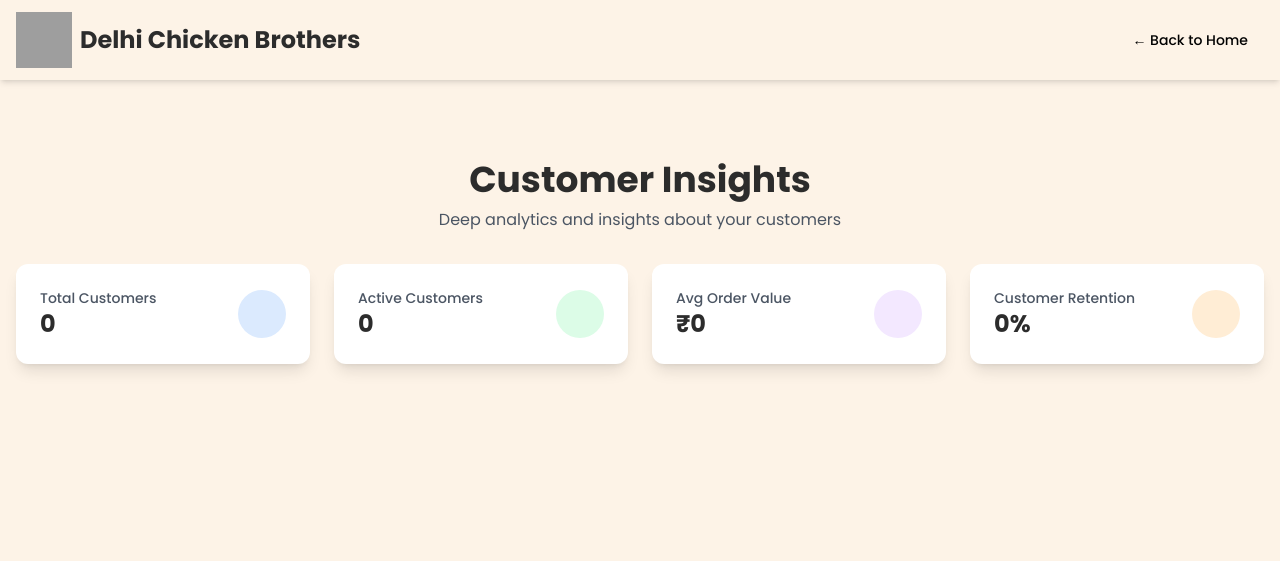
Repository: roydigital/dcb_pos_final
Page: customers.html
These files come from the project's save history. The page is drawn as it stood at one moment and after a run of saves; the edit follows.
The browser window is 1280 px wide. The pictures show the whole page.
Pictures or frames that could not be fetched are drawn as grey boxes. Some web libraries are served in a nearby version.

Above is the page before, as saved 2025-10-13 16:49:42.

### customers.html
<!DOCTYPE html>
<html lang="en">
<head>
    <meta charset="UTF-8">
    <meta name="viewport" content="width=device-width, initial-scale=1.0">
    <title>Customer Insights - Delhi Chicken Brothers</title>
    <script src="https://cdn.tailwindcss.com"></script>
    <link rel="preconnect" href="https://fonts.googleapis.com">
    <link rel="preconnect" href="https://fonts.gstatic.com" crossorigin>
    <link href="https://fonts.googleapis.com/css2?family=Poppins:wght@400;500;600;700&family=Roboto:wght@400;500;700&display=swap" rel="stylesheet">
    <script src="https://unpkg.com/lucide@latest"></script>
    <script src="https://cdn.jsdelivr.net/npm/chart.js"></script>
    <style>
        body {
            font-family: 'Poppins', 'Roboto', sans-serif;
            background-color: #FDF3E7;
        }
        :root {
            --brand-red: #D12727;
            --brand-dark: #2C2C2C;
            --brand-cream: #FDF3E7;
            --brand-light-cream: #FFFBF5;
        }
        .bg-brand-red { background-color: var(--brand-red); }
        .text-brand-red { color: var(--brand-red); }
        .border-brand-red { border-color: var(--brand-red); }
        .bg-brand-dark { background-color: var(--brand-dark); }
        .text-brand-dark { color: var(--brand-dark); }
        .bg-brand-cream { background-color: var(--brand-cream); }
        .text-brand-cream { color: var(--brand-cream); }
        .bg-brand-light-cream { background-color: var(--brand-light-cream); }

        /* Custom scrollbar */
        ::-webkit-scrollbar {
            width: 8px;
        }
        ::-webkit-scrollbar-track {
            background: var(--brand-cream);
        }
        ::-webkit-scrollbar-thumb {
            background: var(--brand-red);
            border-radius: 10px;
        }
        ::-webkit-scrollbar-thumb:hover {
            background: #a81f1f;
        }

        .customer-card {
            transition: all 0.3s ease;
        }
        .customer-card:hover {
            transform: translateY(-2px);
            box-shadow: 0 10px 25px -5px rgba(0, 0, 0, 0.1);
        }

        .fade-in {
            animation: fadeIn 0.5s ease-in;
        }

        @keyframes fadeIn {
            from { opacity: 0; transform: translateY(10px); }
            to { opacity: 1; transform: translateY(0); }
        }

        .loading {
            opacity: 0.6;
            pointer-events: none;
        }

        /* Badge styles */
        .badge-new { background-color: #10B981; color: white; }
        .badge-returning { background-color: #3B82F6; color: white; }
        .badge-frequent { background-color: #8B5CF6; color: white; }
        .badge-high-value { background-color: #F59E0B; color: white; }
        .badge-inactive { background-color: #6B7280; color: white; }

        /* Drawer animations */
        .drawer-enter {
            transform: translateX(100%);
        }
        .drawer-enter-active {
            transform: translateX(0);
            transition: transform 0.3s ease-out;
        }
        .drawer-exit {
            transform: translateX(0);
        }
        .drawer-exit-active {
            transform: translateX(100%);
            transition: transform 0.3s ease-in;
        }
    </style>
</head>
<body class="min-h-screen flex flex-col">
    <!-- Header -->
    <header class="bg-brand-cream sticky top-0 z-40 shadow-md" style="background-color: #FDF3E7 !important;">
        <div class="container mx-auto px-4 py-3 flex justify-between items-center">
            <a href="index.html" class="flex items-center gap-2">
                <img src="https://dcbchicken.com/images/logo.png" alt="Delhi Chicken Brothers Logo" class="h-12 w-12 md:h-14 md:w-14">
                <span class="text-xl md:text-2xl font-bold text-brand-dark hidden sm:block">Delhi Chicken Brothers</span>
            </a>
            <div class="flex items-center gap-4">
                <a href="index.html" class="text-sm font-medium hover:text-brand-red transition-colors">← Back to Home</a>
                <div id="auth-container"></div>
            </div>
        </div>
    </header>

    <!-- Main Content -->
    <main class="container mx-auto px-4 pt-20 pb-8 flex-grow">
        <!-- Page Header -->
        <div class="text-center mb-8">
            <h1 class="text-3xl md:text-4xl font-bold text-brand-dark mb-2">Customer Insights</h1>
            <p class="text-gray-600">Deep analytics and insights about your customers</p>
        </div>

        <!-- Quick Stats Cards -->
        <div class="grid grid-cols-1 md:grid-cols-2 lg:grid-cols-4 gap-6 mb-8">
            <div class="bg-white rounded-xl shadow-lg p-6 customer-card">
                <div class="flex items-center justify-between">
                    <div>
                        <p class="text-sm font-medium text-gray-600">Total Customers</p>
                        <p id="total-customers" class="text-2xl font-bold text-brand-dark">0</p>
                    </div>
                    <div class="w-12 h-12 bg-blue-100 rounded-full flex items-center justify-center">
                        <i data-lucide="users" class="h-6 w-6 text-blue-600"></i>
                    </div>
                </div>
            </div>

            <div class="bg-white rounded-xl shadow-lg p-6 customer-card">
                <div class="flex items-center justify-between">
                    <div>
                        <p class="text-sm font-medium text-gray-600">Active Customers</p>
                        <p id="active-customers" class="text-2xl font-bold text-brand-dark">0</p>
                    </div>
                    <div class="w-12 h-12 bg-green-100 rounded-full flex items-center justify-center">
                        <i data-lucide="user-check" class="h-6 w-6 text-green-600"></i>
                    </div>
                </div>
            </div>

            <div class="bg-white rounded-xl shadow-lg p-6 customer-card">
                <div class="flex items-center justify-between">
                    <div>
                        <p class="text-sm font-medium text-gray-600">Avg Order Value</p>
                        <p id="avg-order-value" class="text-2xl font-bold text-brand-dark">₹0</p>
                    </div>
                    <div class="w-12 h-12 bg-purple-100 rounded-full flex items-center justify-center">
                        <i data-lucide="trending-up" class="h-6 w-6 text-purple-600"></i>
                    </div>
                </div>
            </div>

            <div class="bg-white rounded-xl shadow-lg p-6 customer-card">
                <div class="flex items-center justify-between">
                    <div>
                        <p class="text-sm font-medium text-gray-600">Customer Retention</p>
                        <p id="retention-rate" class="text-2xl font-bold text-brand-dark">0%</p>
                    </div>
                    <div class="w-12 h-12 bg-orange-100 rounded-full flex items-center justify-center">

After the next 3 saves:
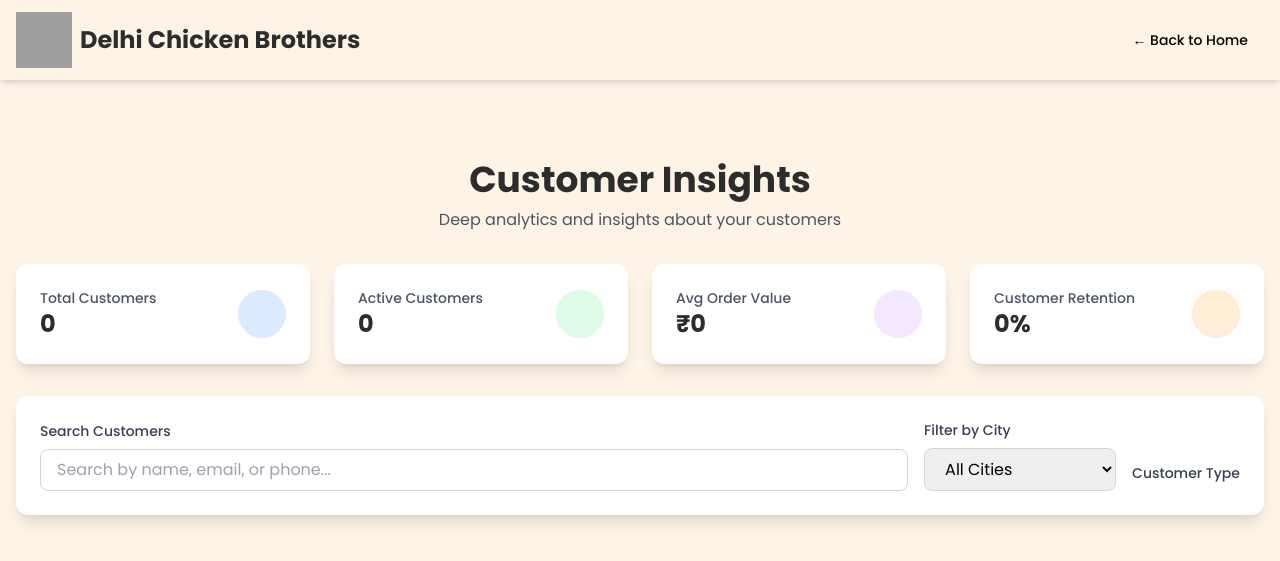
The 3 saves are shown as one change because they came seconds apart.
The last was saved 12 s later.
--- a/customers.html
+++ b/customers.html
@@ -159,3 +159,27 @@
                         <p id="retention-rate" class="text-2xl font-bold text-brand-dark">0%</p>
                     </div>
                     <div class="w-12 h-12 bg-orange-100 rounded-full flex items-center justify-center">
+                        <i data-lucide="repeat" class="h-6 w-6 text-orange-600"></i>
+                    </div>
+                </div>
+            </div>
+        </div>
+
+        <!-- Filters and Search -->
+        <div class="bg-white rounded-xl shadow-lg p-6 mb-8 customer-card">
+            <div class="flex flex-wrap gap-4 items-end">
+                <div class="flex-1 min-w-[300px]">
+                    <label class="block text-sm font-medium text-gray-700 mb-2">Search Customers</label>
+                    <input type="text" id="search-input" placeholder="Search by name, email, or phone..."
+                        class="w-full px-4 py-2 border border-gray-300 rounded-lg focus:outline-none focus:ring-2 focus:ring-brand-red focus:border-brand-red">
+                </div>
+
+                <div>
+                    <label class="block text-sm font-medium text-gray-700 mb-2">Filter by City</label>
+                    <select id="city-filter" class="w-48 px-4 py-2 border border-gray-300 rounded-lg focus:outline-none focus:ring-2 focus:ring-brand-red focus:border-brand-red">
+                        <option value="">All Cities</option>
+                    </select>
+                </div>
+
+                <div>
+                    <label class="block text-sm font-medium text-gray-700 mb-2">Customer Type</label>
